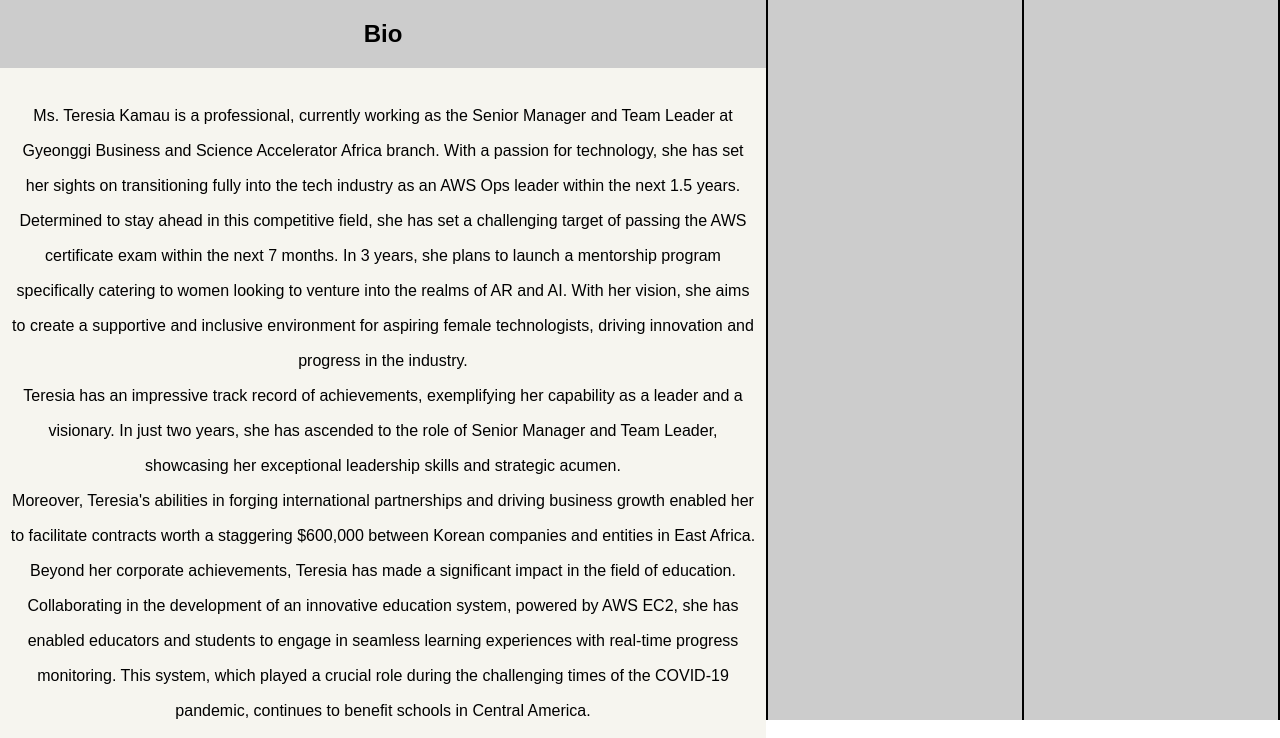
Repository: tessa5/developerPortfolio
Page: public/bio.html
An editor plug-in stored every save of this project. The page is shown before and after the next save, followed by the edit.
The browser window is 1280 px wide. The pictures show the whole page.

Above is the page before, as saved 2023-08-08 14:37:42.

### public/bio.html
<!DOCTYPE html>
<html lang="en">
<head>
    <meta charset="UTF-8">
    <meta name="viewport" content="width=device-width, initial-scale=1.0">
    <title>Document</title>
    <link rel="stylesheet" href="assets/styles/bio.css">
</head>
<body>
    <section>
        <ul>
            <li>
                <div class="bio">
                    <h2>Bio</h2>
                    <p>
                        Ms. Teresia Kamau is a professional, currently working as the Senior Manager and Team Leader at Gyeonggi Business and Science Accelerator Africa branch. With a passion for technology, she has set her sights on transitioning fully into the tech industry as an AWS Ops leader within the next 1.5 years. <br/>Determined to stay ahead in this competitive field, she has set a challenging target of passing the AWS certificate exam within the next 7 months.
In 3 years, she plans to launch a mentorship program specifically catering to women looking to venture into the realms of AR and AI. With her vision, she aims to create a supportive and inclusive environment for aspiring female technologists, driving innovation and progress in the industry.
<br/>Teresia has an impressive track record of achievements, exemplifying her capability as a leader and a visionary. In just two years, she has ascended to the role of Senior Manager and Team Leader, showcasing her exceptional leadership skills and strategic acumen. <br/>Moreover, Teresia's abilities in forging international partnerships and driving business growth enabled her to facilitate contracts worth a staggering $600,000 between Korean companies and entities in East Africa.
Beyond her corporate achievements, Teresia has made a significant impact in the field of education. Collaborating in the development of an innovative education system, powered by AWS EC2, she has enabled educators and students to engage in seamless learning experiences with real-time progress monitoring. This system, which played a crucial role during the challenging times of the COVID-19 pandemic, continues to benefit schools in Central America.

                    </p>
                </div>
            </li>
            <li></li>
            <li></li>
        </ul>

    </section>

</body>
</html>

### public/assets/styles/bio.css
body {
    margin: 0;
    padding:0;
    font-family: sans-serif;
}
ul {
    position: absolute;
    top: 0;
    left: 0;
    width: 100%;
    height:100vh;
    background: #ccc;
    margin:0;
    padding:0;
}
ul li {
    list-style:none;
    position:relative;
    width:33%;
    height:100%;
    border-right: 2px solid #000;
    float: left;
    box-sizing:border-box;
    transition: 0.5s;
    text-align: center;
}

ul:hover li {
    width: 20%
}

ul li:hover {
    width:60%
}

p {
    height:100%;
    line-height:35px;
    background:#f6f5ef;
    padding:10px;
    margin-top:5px;
    box-sizing: border-box;
    word-break: keep-all;
    padding-top:30px;
}

After the next save:
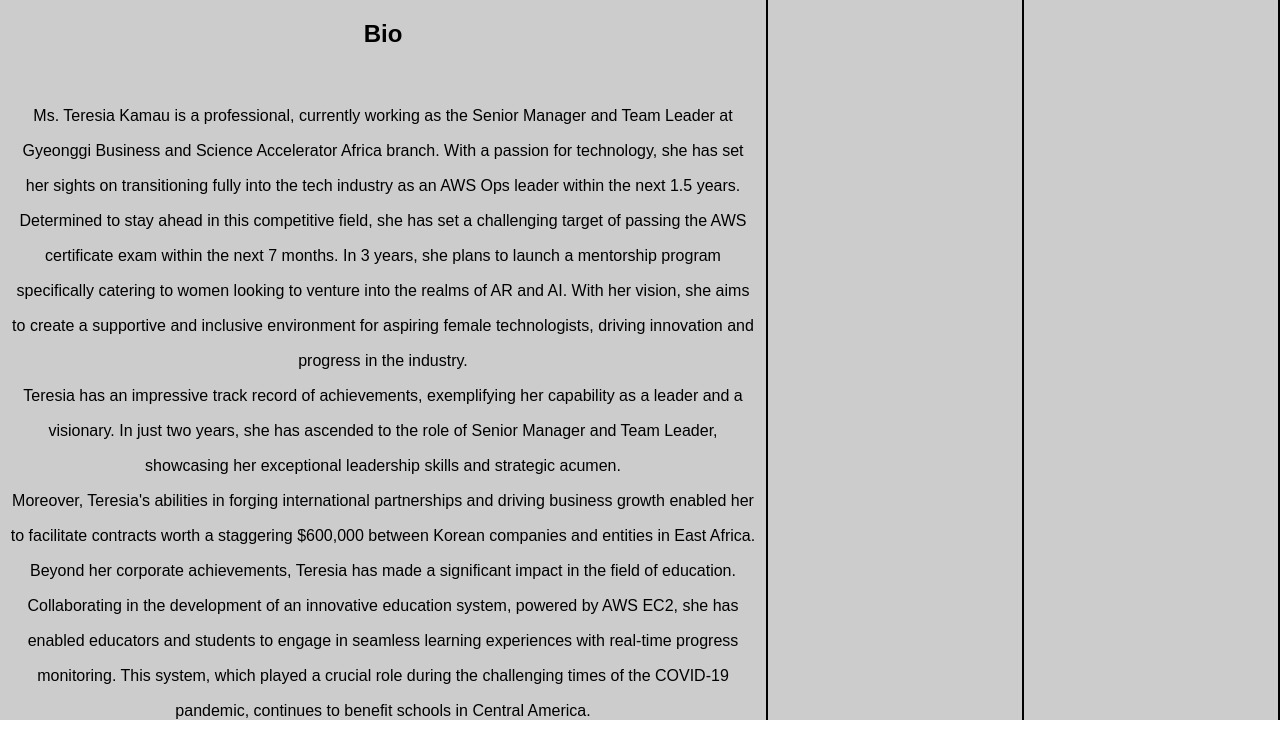
Saved 18 s later.
--- a/public/assets/styles/bio.css
+++ b/public/assets/styles/bio.css
@@ -36,7 +36,6 @@ ul li:hover {
 p {
     height:100%;
     line-height:35px;
-    background:#f6f5ef;
     padding:10px;
     margin-top:5px;
     box-sizing: border-box;
